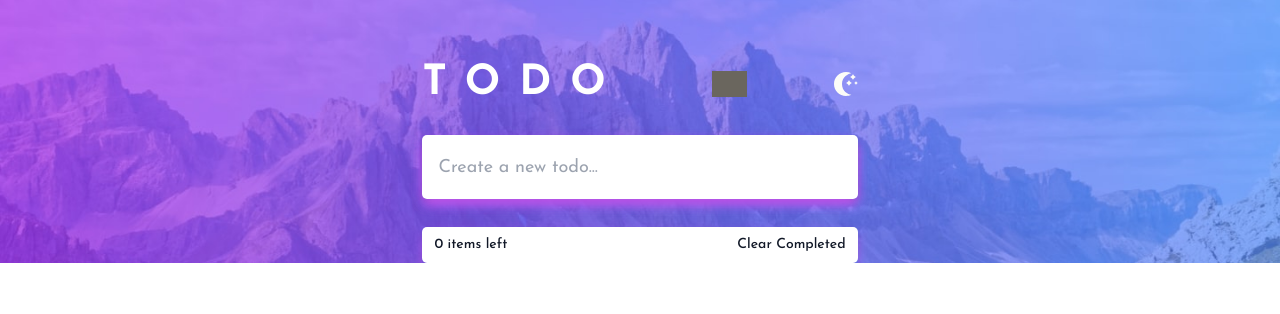
Repository: ikram-lisa/todo-list
Page: /
The author's editor kept a copy of each file at every save. The page is drawn from the files as they stood at one save, then again after the next save.
The browser window is 1280 px wide. The pictures show the whole page.
Pictures or frames that could not be fetched are drawn as grey boxes. The project was rebuilt for these pictures with package versions that can differ from the ones it lists, and the page was loaded fresh each time. Also part of the build but not shown: vite.config.js.

Above is the page before, as saved 2024-05-15 08:59:44.

### src/main.jsx
import React from "react";
import ReactDOM from "react-dom/client";
import App from "./App.jsx";
import "./css/style.scss";
ReactDOM.createRoot(document.getElementById("root")).render(
  <React.StrictMode>
    <App />
  </React.StrictMode>
);

### src/App.jsx
import Defaultlayout from "./layout/defaultlayout";
import Todolist from "./pages/Todolist";
const App = () => {
  return (
    <>
      <Defaultlayout>
        <Todolist />
      </Defaultlayout>
    </>
  );
};
export default App;

### src/css/style.scss
@use "./base/fonts";
@use "./base/variable" as *;
@use "./base/mixins" as *;
@tailwind base;
@tailwind components;
@tailwind utilities;

body {
  font-size: 18px;
  font-family: "Josefin Sans", sans-serif;
  font-weight: 400;
}

.container-todo {
  width: 100%;
  height: 100vh;
}
.bg-light-theme {
  background-image: url("../assets/images/bg-desktop-light.jpg");
  background-position: center;
  background-size: cover;
  overflow-x: hidden;

  width: 100%;
}

.bg-dark-theme {
  background-image: url("../assets/images/bg-desktop-dark.jpg");
  background-position: center;
  background-size: cover;
  overflow-x: hidden;

  width: 100%;
}
.theme-content {
  width: 34%;
  margin: 53px auto;
  margin-bottom: 20px !important;
  h1 {
    font-weight: 700;
    color: white;
    font-size: 2.6rem;
    letter-spacing: 19px;
  }
  img {
    width: 100%;
    max-width: 35px;
    height: auto;
    display: block;
    cursor: pointer;
    filter: invert(104%) sepia(29%) brightness(99%);
  }
}
.form {
  width: 34%;
  margin: 0 auto;
}
.search {
  box-shadow: hsl(280, 87%, 65%) 0px 6px 12px -2px,
    rgba(0, 0, 0, 0.3) 0px 3px 7px -3px;
}
.input-search {
  outline: none;
}

/* Custom classes for specific page layouts */
.custom-checkbox input[type="checkbox"] {
  @include customCheckbox;
}

.custom-checkbox .checkbox-custom {
  @include checkboxCustom;
}

.custom-checkbox input[type="checkbox"]:checked + .checkbox-custom {
  @include checkedCheckboxCustom;
}

.custom-checkbox input[type="checkbox"]:checked + .checkbox-custom:after {
  @include checkedCheckboxCustomAfter;
}

.checklist-item {
  margin-bottom: 0.5rem;
  padding: 0.5rem;
  border-radius: 5px;
}
.checklist-label-title {
  background-color: red;
}

.checklist-label {
  margin-left: 0.5rem;
}
.result {
  box-shadow: hsl(280, 87%, 65%) 0px 6px 12px -2px,
    rgba(0, 0, 0, 0.3) 0px 3px 7px -3px;
}
.checked {
  text-decoration: line-through;
  opacity: 0.6;
  text-decoration-color: #323233;
  color: $DarkGrayishBlue;
}

### src/layout/defaultlayout.jsx
const defaultlayout = ({ children }) => {
  return (
    <>
      <section>{children}</section>
    </>
  );
};
export default defaultlayout;

### src/pages/Todolist.jsx
import { useState } from "react";
import Light from "../assets/images/light.svg";
import Dark from "../assets/images/dark.svg";
import Form from "../components/Form";
const Todolist = () => {
  const [theme, setTheme] = useState("light");
  const handleToggle = () => {
    setTheme(theme === "light" ? "dark" : "light");
  };
  return (
    <>
      <section
        className={`container-todo ${
          theme === "light" ? "bg-white" : "bg-VeryDarkBlueish"
        }`}
      >
        <div
          className={`theme  ${
            theme === "light" ? "bg-light-theme" : "bg-dark-theme"
          } `}
        >
          <div className="theme-content flex justify-between items-center">
            <h1>TODO</h1>
            <img src="../assets/images/moon.svg" alt="" />
            <button onClick={handleToggle}>
              {theme === "light" ? (
                <img src={Dark} alt="dark mode" />
              ) : (
                <img src={Light} alt="light mode" />
              )}
            </button>
          </div>
          <div className="form">
            <Form theme={theme} />
          </div>
        </div>
      </section>
    </>
  );
};
export default Todolist;

### src/css/base/_fonts.scss
@import url("https://fonts.googleapis.com/css2?family=Josefin+Sans:ital,wght@0,100..700;1,100..700&family=Kumbh+Sans:wght@100..900&family=Montserrat:ital,wght@0,100..900;1,100..900&family=Open+Sans:ital,wght@0,400;0,600;0,700;0,800;1,400;1,700;1,800&family=Poppins:ital,wght@0,200;0,300;0,400;0,500;0,600;0,700;0,800;0,900;1,100;1,200;1,300;1,400;1,500;1,600;1,700;1,800;1,900&display=swap");

### src/css/base/_variable.scss
// ### Light Theme

$VeryLightGray: hsl(0, 0%, 98%);
$VeryLightGrayishBlue: hsl(236, 33%, 92%);
$LightGrayishBlue: hsl(233, 11%, 84%);
$DarkGrayishBlue: hsl(236, 9%, 61%);
$VeryDarkGrayishBlue: hsl(235, 19%, 35%);

// ### Dark Theme

$VeryDarkBlue: hsl(235, 21%, 11%);
$VeryDarkBlueish: hsl(235, 24%, 19%);
$LightGrayishBlue: hsl(234, 39%, 85%);
$LightGrayishBlue: hsl(236, 33%, 92%);
$DarkGrayishBlue: hsl(234, 11%, 52%);
$VeryDarkGrayishBlue: hsl(233, 14%, 35%);
$VeryDarkGrayishBlue: hsl(237, 14%, 26%);

### src/css/base/_mixins.scss
@mixin customCheckbox {
  display: none;
}

@mixin checkboxCustom {
  width: 23px;
  height: 23px;
  border: 2px solid #ccc;
  display: inline-block;
  margin-right: 10px;
  vertical-align: middle;
  cursor: pointer;
  border-radius: 50%;
  top: 4px;
}

@mixin checkedCheckboxCustom {
  background-image: linear-gradient(
    to right,
    hsl(192, 100%, 67%),
    hsl(280, 87%, 65%)
  );
  display: flex;
  justify-content: center;
  align-items: center;
  border: none;
}

@mixin checkedCheckboxCustomAfter {
  content: "";

  width: 5px;
  height: 8px;
  border: solid white;
  border-width: 0 3px 3px 0;
  transform: rotate(45deg);
}

### src/components/Form.jsx
import { useState } from "react";
import Tab from "./TabBar";

/* eslint-disable react/prop-types */
const Form = ({ theme }) => {
  const [todos, setTodos] = useState([]);
  const [inputValue, setInputValue] = useState("");
  const [filter, setFilter] = useState("all");
  const handleChange = (e) => {
    setInputValue(e.target.value);
  };
  const handleSubmit = (e) => {
    e.preventDefault();
    if (inputValue.trim() === "") return;
    const newTodo = {
      id: todos.length + 1,
      text: inputValue,
      isCompleted: false,
    };
    setTodos([...todos, newTodo]);
    setInputValue("");
  };
  const handleToggleCompleted = (id) => {
    const updatedTodos = todos.map((todo) => {
      if (todo.id === id) {
        return { ...todo, isCompleted: !todo.isCompleted };
      }
      return todo;
    });
    setTodos(updatedTodos);
  };
  const handleDelete = (id) => {
    const updatedTodos = todos.filter((todo) => todo.id !== id);
    setTodos(updatedTodos);
    console.log("deleted");
  };
  const handleDeleteAll = () => {
    setTodos([]);
  };
  const completedCount = todos.filter((todo) => todo.isCompleted).length;
  const getFilteredTodos = () => {
    switch (filter) {
      case "active":
        return todos.filter((todo) => !todo.isCompleted);
      case "completed":
        return todos.filter((todo) => todo.isCompleted);
      default:
        return todos;
    }
  };

  const filteredTodos = getFilteredTodos();
  return (
    <>
      <section className="search rounded-[5px] relative w-full h-16 flex items-center">
        <form
          onSubmit={handleSubmit}
          className="search rounded-[5px] relative w-full h-16 flex items-center"
        >
          <input
            type="text"
            value={inputValue}
            onChange={handleChange}
            className={`input-search block w-full p-4 text-lg text-gray-900 ${
              theme === "dark"
                ? "bg-VeryDarkBlueish text-white"
                : "bg-white text-gray-900"
            } rounded-[5px] w-full h-16 flex items-center`}
            placeholder="Create a new todo..."
          />
        </form>
      </section>
      <section className="result mt-7">
        <ul
          className={`w-full text-sm font-medium ${
            theme === "dark"
              ? "bg-VeryDarkBlueish text-white border-gray-600"
              : "bg-white text-gray-900 border-gray-200"
          } rounded-[5px]`}
        >
          {filteredTodos.map((todo) => (
            <li
              key={todo.id}
              className={`w-full border-b border-gray-500 rounded-t-lg dark:border-gray-600 ${
                todo.isCompleted ? "checked" : ""
              }`}
            >
              <div className="flex items-center justify-between ps-3">
                <label className="custom-checkbox flex items-center gap-3 w-full py-5 ms-2 text-sm font-medium">
                  <input
                    type="checkbox"
                    checked={todo.isCompleted}
                    onChange={() => handleToggleCompleted(todo.id)}
                    className="mr-5 mt-2"
                  />
                  <div className="checkbox-custom"></div>
                  {todo.text}{" "}
                </label>
                <button
                  type="button"
                  onClick={() => handleDelete(todo.id)}
                  className="ms-auto -ml-1.5 mr-[0.625rem] text-[transparent] font-bold hover:text-gray-500  p-1.5
       inline-flex items-center justify-center h-7 w-7 "
                >
                  <span className="sr-only">Close</span>
                  <svg
                    className="w-5 h-5"
                    aria-hidden="true"
                    xmlns="http://www.w3.org/2000/svg"
                    fill="none"
                    viewBox="0 0 14 14"
                  >
                    <path
                      stroke="currentColor"
                      strokeLinecap="round"
                      strokeLinejoin="round"
                      strokeWidth="2"
                      d="m1 1 6 6m0 0 6 6M7 7l6-6M7 7l-6 6"
                    />
                  </svg>
                </button>
              </div>
            </li>
          ))}

          <li className="w-full">
            <div className="flex items-center justify-between py-2 px-3">
              <span>{completedCount} items left</span>
              <div className="tab">
                <Tab setFilter={setFilter} currentFilter={filter} />
              </div>
              <button onClick={handleDeleteAll}>Clear Completed</button>
            </div>
          </li>
        </ul>
      </section>
    </>
  );
};
export default Form;

### src/components/TabBar.jsx
const Checklist = () => {
  return (
    <>
      <h1></h1>
    </>
  );
};
export default Checklist;

Loaded but not shown: index.html (common file); tailwind.config.js (1082 lines, source omitted)

After the next save:
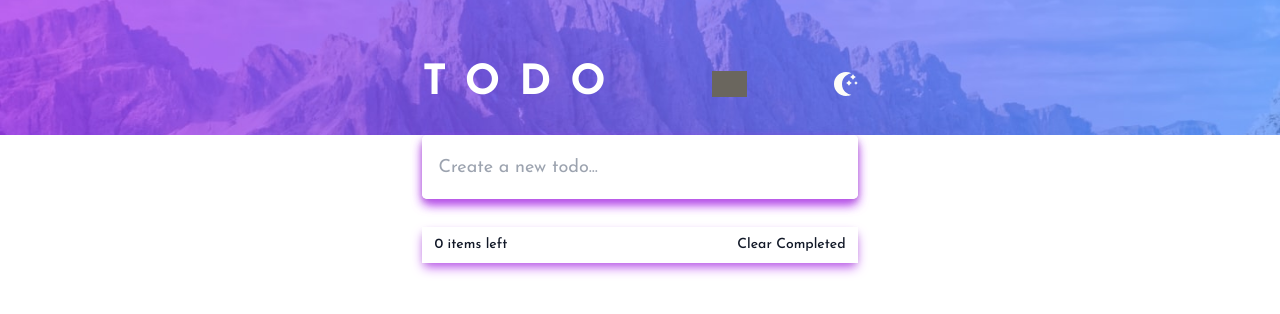
Saved 63 s later.
--- a/src/pages/Todolist.jsx
+++ b/src/pages/Todolist.jsx
@@ -30,9 +30,9 @@ const Todolist = () => {
               )}
             </button>
           </div>
-          <div className="form">
-            <Form theme={theme} />
-          </div>
+        </div>
+        <div className="form">
+          <Form theme={theme} />
         </div>
       </section>
     </>
